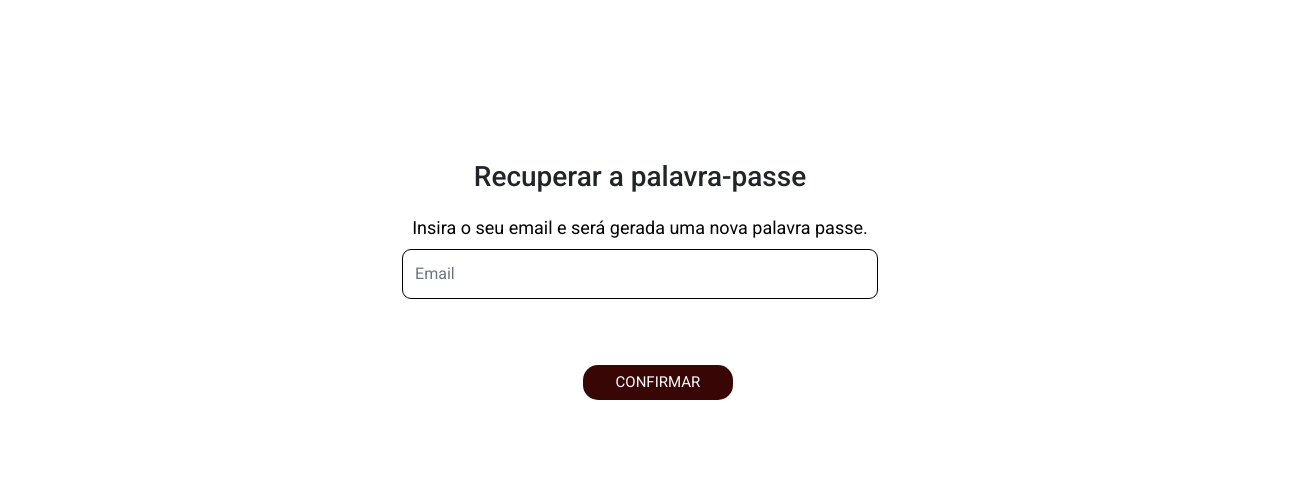
Repository: Rastafari13/D221
Page: Frontend/Frontend/startbootstrap-scrolling-nav-gh-pages/password.html
The author's editor kept a record of every edit. The page is drawn from the files as they stood at one moment, then again after the next edit.
The browser window is 1280 px wide. The page is 1295 px wide, so the pictures cover 1295 px, including what lies to the right of the window. The pictures show the whole page.

Above is the page before.
Console error: TypeError: Cannot set properties of null (setting 'onclick')

After the next edit:
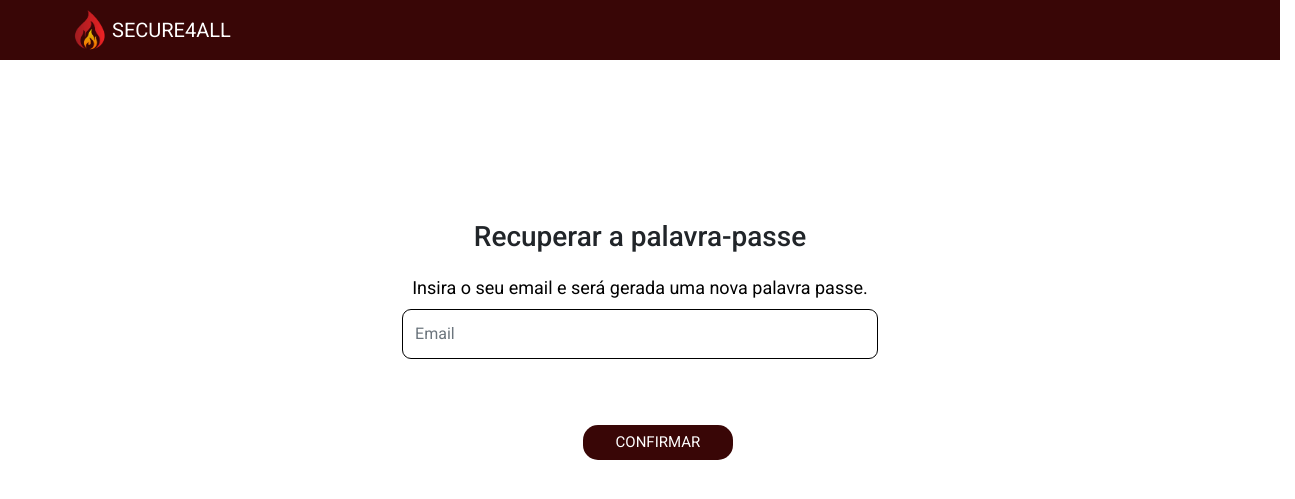
The edit:
--- a/Frontend/Frontend/startbootstrap-scrolling-nav-gh-pages/password.html
+++ b/Frontend/Frontend/startbootstrap-scrolling-nav-gh-pages/password.html
@@ -22,33 +22,46 @@
 
 <body class="bg-primary" id="password-body">
 
-    <main>
-        <div class="row justify-content-center">
-            <div class="col-lg-5">
+    <body class="sb-nav-fixed">
+        <nav class="sb-topnav navbar navbar-expand navbar-dark bg-color">
+            <div class="container">
+                <img src="images.1/logo.png" alt="logo" width=42 height=45.46 margin-left="20px" href="#page-top" id="logo"></img>
+                <a class="navbar-brand" href="index.html" id="name">SECURE4ALL</a>
+                <ul class="navbar-nav  ml-auto mr-0 mr-md-3 my-2 my-md-0">
+                    <li class="nav-item">
+                        <a class="nav-link js-scroll-trigger sb-nav-link-icon" href="index.html"><i class="fas fa-arrow-circle-left fa-2x"></i><!--<img src="images.1/back.png" width="40" height="30" id="image">--></img></a>
+                    </li>
+                </ul>
+            </div>
+        </nav>
 
-                <div id="password-header">
-                    <h3 class="text-center font-weight my-0">Recuperar a palavra-passe</h3>
-                </div>
-                <div class="card-body">
+        <main>
+            <div class="row justify-content-center">
+                <div class="col-lg-5">
 
-                    <div id="password-text" class="small mb-2">Insira o seu email e será gerada uma nova palavra passe.</div>
-                    <form>
-                        <div class="form-group">
-                            <input class="form-control py-4" id="inputEmailAddress" type="email" placeholder="Email" required></input>
-                        </div>
-                        <div class="form-group d-flex align-items-center justify-content-between mt-4 mb-0">
-                            <button id="password-emailconf" class="btn btn-primary" href="login.html" type=submit>CONFIRMAR</button>
-                        </div>
-                    </form>
+                    <div id="password-header">
+                        <h3 class="text-center font-weight my-0">Recuperar a palavra-passe</h3>
+                    </div>
+                    <div class="card-body">
+
+                        <div id="password-text" class="small mb-2">Insira o seu email e será gerada uma nova palavra passe.</div>
+                        <form>
+                            <div class="form-group">
+                                <input class="form-control py-4" id="inputEmailAddress" type="email" placeholder="Email" required></input>
+                            </div>
+                            <div class="form-group d-flex align-items-center justify-content-between mt-4 mb-0">
+                                <button id="password-emailconf" class="btn btn-primary" href="login.html" type=submit>CONFIRMAR</button>
+                            </div>
+                        </form>
+                    </div>
                 </div>
             </div>
-        </div>
-    </main>
+        </main>
 
-    <script src="https://code.jquery.com/jquery-3.5.1.slim.min.js" crossorigin="anonymous"></script>
-    <script src="https://cdn.jsdelivr.net/npm/bootstrap@4.5.3/dist/js/bootstrap.bundle.min.js" crossorigin="anonymous"></script>
-    <script src="js/scripts.js"></script>
-    <script src="js/scrolling-nav.js"></script>
-</body>
+        <script src="https://code.jquery.com/jquery-3.5.1.slim.min.js" crossorigin="anonymous"></script>
+        <script src="https://cdn.jsdelivr.net/npm/bootstrap@4.5.3/dist/js/bootstrap.bundle.min.js" crossorigin="anonymous"></script>
+        <script src="js/scripts.js"></script>
+        <script src="js/scrolling-nav.js"></script>
+    </body>
 
 </html>
